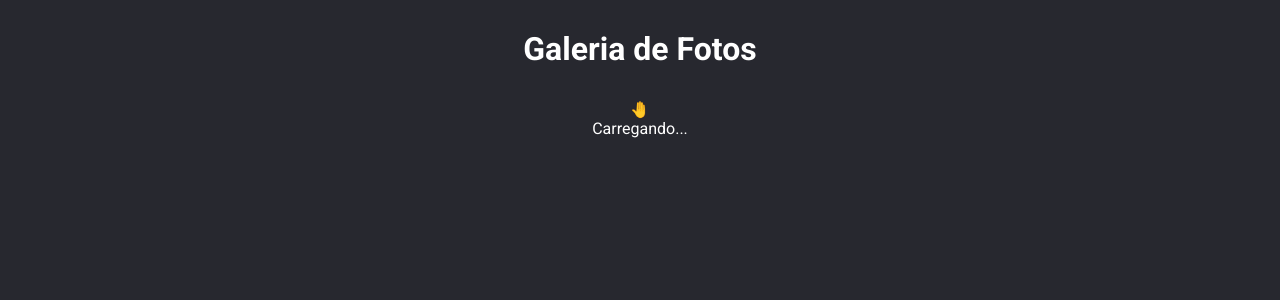
Repository: guilhermecardoso93/imagesapp
Page: /
An editor plug-in stored every save of this project. The page is shown before and after the next save, followed by the edit.
The browser window is 1280 px wide. The pictures show the whole page.
The page's requests for data from a server got no answer. The project was rebuilt for these pictures with package versions that can differ from the ones it lists, and the page was loaded fresh each time. No one was signed in, and anything a server would have sent is missing.

Above is the page before, as saved 2022-11-14 18:15:40.

### public/index.html
<!DOCTYPE html>
<html lang="en">
  <head>
    <meta charset="utf-8" />
    <meta name="viewport" content="width=device-width, initial-scale=1" />
    <meta name="theme-color" content="#000000" />
    <meta
      name="description"
      content="Web site created using create-react-app"
      />
    <link rel="preconnect" href="https://fonts.googleapis.com">
    <link rel="preconnect" href="https://fonts.gstatic.com" crossorigin>
    <link
      href="https://fonts.googleapis.com/css2?family=Roboto:wght@400;500;700&display=swap"
      rel="stylesheet">
    <link rel="apple-touch-icon" href="%PUBLIC_URL%/logo192.png" />
    <!--
      manifest.json provides metadata used when your web app is installed on a
      user's mobile device or desktop. See https://developers.google.com/web/fundamentals/web-app-manifest/
    -->
    <link rel="manifest" href="%PUBLIC_URL%/manifest.json" />
    <!--
      Notice the use of %PUBLIC_URL% in the tags above.
      It will be replaced with the URL of the `public` folder during the build.
      Only files inside the `public` folder can be referenced from the HTML.

      Unlike "/favicon.ico" or "favicon.ico", "%PUBLIC_URL%/favicon.ico" will
      work correctly both with client-side routing and a non-root public URL.
      Learn how to configure a non-root public URL by running `npm run build`.
    -->
    <title>React App</title>
  </head>
  <body>
    <noscript>You need to enable JavaScript to run this app.</noscript>
    <div id="root"></div>
    <!--
      This HTML file is a template.
      If you open it directly in the browser, you will see an empty page.

      You can add webfonts, meta tags, or analytics to this file.
      The build step will place the bundled scripts into the <body> tag.

      To begin the development, run `npm start` or `yarn start`.
      To create a production bundle, use `npm run build` or `yarn build`.
    -->
  </body>
</html>

### src/index.tsx
import React from 'react';
import ReactDOM from 'react-dom/client';
import { App } from './App';
import reportWebVitals from './reportWebVitals';

import './global.css'

const root = ReactDOM.createRoot(
  document.getElementById('root') as HTMLElement
);
root.render(
  <React.StrictMode>
    <App />
  </React.StrictMode>
);

// If you want to start measuring performance in your app, pass a function
// to log results (for example: reportWebVitals(console.log))
// or send to an analytics endpoint. Learn more: https://bit.ly/CRA-vitals
reportWebVitals();

### src/App.tsx
import { useEffect, useState } from "react";
import { Area, Container, Header, ScreenWaring } from "./App.styles";
import * as Photos from './services/photos'
import { PhotoTypes } from "./types/photoTypes";

export function App() {
  const [ loading, setLoading ] = useState(false)
  const [ photos, setPhotos] = useState<PhotoTypes[]>([])

  useEffect(() =>  {
    const getPhotos = async () => {
      setLoading(true)
      setPhotos(await Photos.getAll())
      setLoading(false)
    }
    getPhotos()
  }, [])

  return (
    <Container>
      <Area>
        <Header>Galeria de Fotos</Header>
        {loading &&
          <ScreenWaring>
            <div className='emoji'>🤚</div>
            <div>Carregando...</div>
          </ScreenWaring>
        }
      </Area>
    </Container>
  );
}

### src/global.css
* {
  box-sizing: border-box;
  margin: 0;
  padding: 0;

  font-family: 'Roboto', sans-serif;
}

### src/App.styles.ts
import styled from "styled-components";

export const Container = styled.div`
  background-color: #27282f;
  color: #fff;
  height: 100vh;
`;
export const Area = styled.div`
  margin: auto;
  max-width: 61.25rem;
  padding: 1.87rem 0;
`;

export const Header = styled.h1`
  text-align: center;
  margin-bottom: 2rem;
`;

export const ScreenWaring = styled.div`
  text-align: center;
  margin-bottom: 2rem;
`;

### src/services/photos.ts
import { ref,listAll, getDownloadURL } from "firebase/storage";
import { storage } from "../libs/firebase";
import { PhotoTypes } from "../types/photoTypes";

export async function getAll() {
  let list: PhotoTypes[] = [];

  const galleryFolder = ref(storage, "gallery")
  const photoList = await listAll(galleryFolder)

  for(let i in photoList.items) {
    let photoUrl = await getDownloadURL(photoList.items[i])

    list.push({
      name:photoList.items[i].name,
      url: photoUrl,
    })
  }

  return list;
}

### src/libs/firebase.ts
import { initializeApp } from "firebase/app";
import { getStorage } from "firebase/storage";

const firebaseConfig = {
  apiKey: process.env.REACT_APP_FIREBASE_KEY,
  authDomain: process.env.REACT_APP_FIREBASE_AUTHDOMAIN,
  projectId: process.env.REACT_APP_FIREBASE_PROJECTID,
  storageBucket: process.env.REACT_APP_FIREBASE_STORAGEBUCKET,
  messagingSenderId: process.env.REACT_APP_FIREBASE_MESSEAGINGENDRID,
  appId: process.env.REACT_APP_FIREBASE_APPID,
  measurementId: process.env.REACT_APP_MEASUREMENTID,
};

const firebaseApp = initializeApp(firebaseConfig);
export const storage = getStorage(firebaseApp);

Loaded but not shown: src/reportWebVitals.ts (common file)

After the next save:
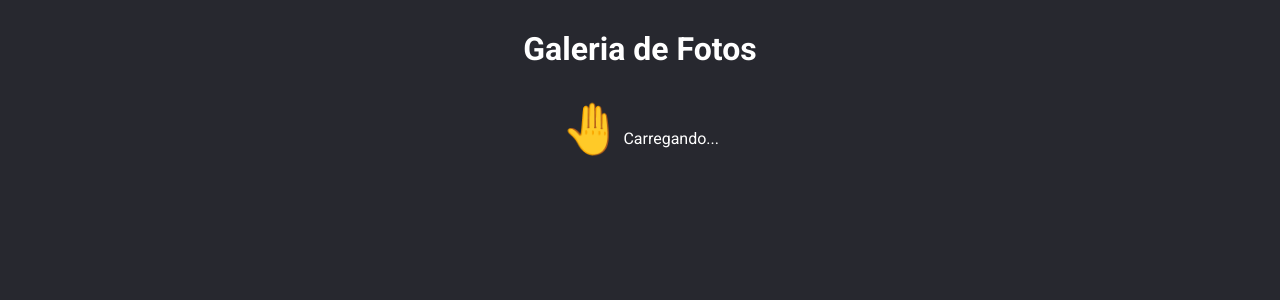
Saved 54 s later.
--- a/src/App.styles.ts
+++ b/src/App.styles.ts
@@ -17,6 +17,12 @@ export const Header = styled.h1`
 `;
 
 export const ScreenWaring = styled.div`
-  text-align: center;
-  margin-bottom: 2rem;
+  display: flex;
+  align-items: center;
+  justify-content: center;
+
+  .emoji {
+    font-size:  50px;
+    margin-bottom: 20px;
+  }
 `;
